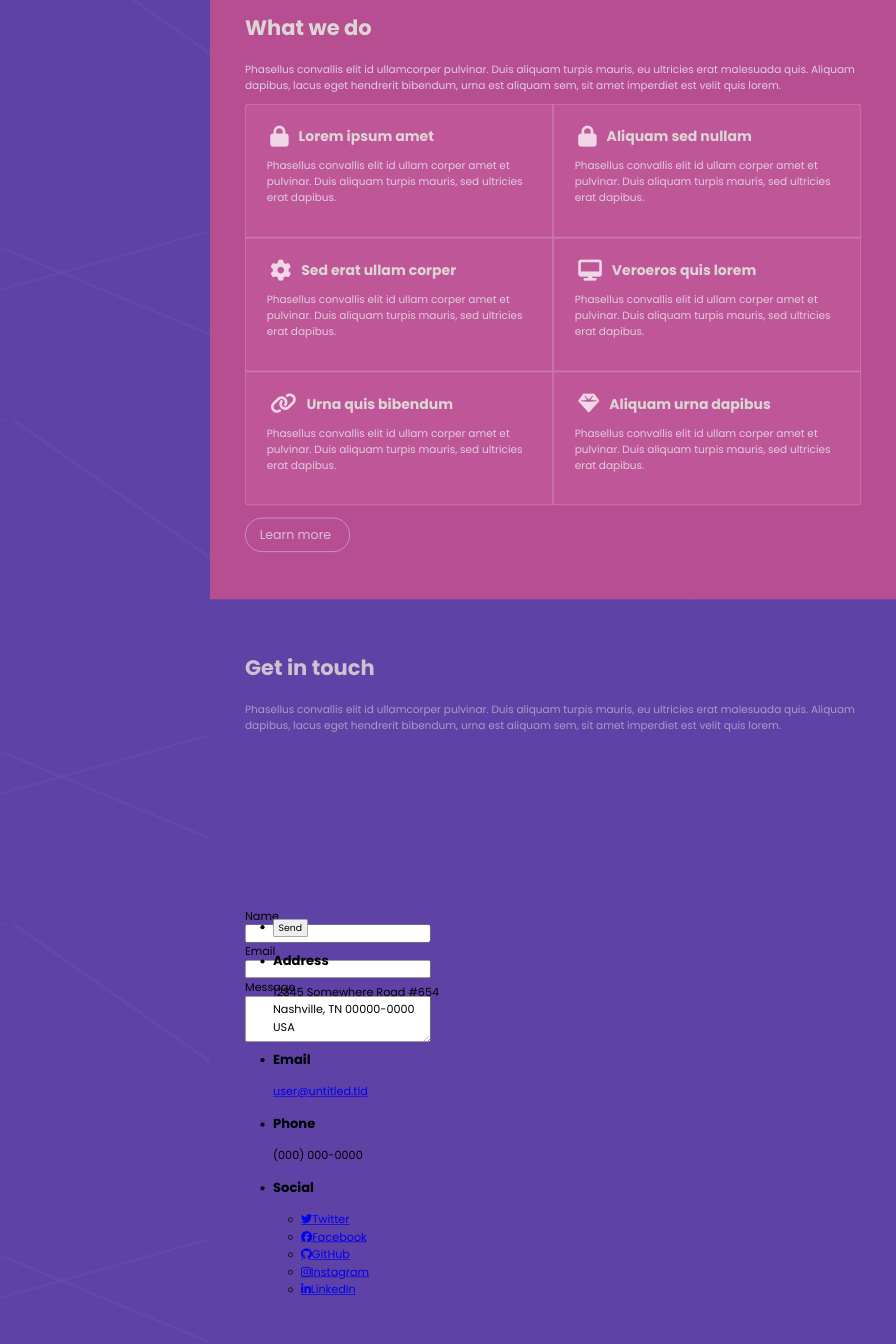
Repository: zai31/KIMIT_Tasks
Page: JsSession8/index.html
The author's editor kept a copy of each file at every save. The page is drawn from the files as they stood at one save, then again after the next save.
The browser window is 1280 px wide. The pictures show the part of the page from y = 1562 to 3482 px (the page is 3482 px tall before and 3281 px after), at 70% of full size.
Backgrounds fixed to the window are drawn as part of the page.

Above is the page before, as saved 2025-09-15 22:23:11.

### JsSession8/index.html
<!DOCTYPE html>
<html lang="en">
<head>
    <meta charset="UTF-8">
    <meta name="viewport" content="width=device-width, initial-scale=1.0">
    <link rel="stylesheet" href="./css/style.css">
	<link href="https://cdnjs.cloudflare.com/ajax/libs/font-awesome/6.5.2/css/all.min.css" rel="stylesheet">

    <title>Responsive</title>
</head>

<body>
    <section  class="flex-section">
        <div class="menu">
        <ul>
            <li><a href="#">welcome</a></li>
            <li><a href="#">who are we</a></li>
            <li><a href="#">what we do</a></li>
            <li><a href="#">get in touch</a></li>
        </ul>
</div>
<div class="section">
    <div class="content">
      <div class="intro">
							<h1>Hyperspace</h1>
							<p>Just another fine responsive site template designed by <a href="https://html5up.net">HTML5 UP</a><br>
							and released for free under the <a href="https://html5up.net/license">Creative Commons</a>.</p>
							<button>Learn more</button>

						</div>
    <div class="overview">
        <div class="s" style="background-color: rgb(83, 83, 228);">
           <img src="./images/1.jpg" alt="">

							<div ><h1>Hyperspace</h1>
                                <p>Just another fine responsive site template designed by
							and released for free under the.</p>
							<button>Learn more</button></div>
        </div>
        <div class="s" style="background-color: rgb(69, 69, 226);">
            <img src="./images/2.jpg" alt="">
							<div >
                                           	<h1>Hyperspace</h1>
<p>Just another fine responsive site template designed by
							and released for free under the.</p>
							<button>Learn more</button></div>
        </div>
        <div class="s" style="background-color: rgb(54, 54, 213);">
            <img src="./images/3.jpg" alt="">
							<div >
                                           	<h1>Hyperspace</h1>
<p>Just another fine responsive site template designed by
							and released for free under the.</p>
							<button>Learn more</button></div>
        </div>
    <div class="what">
							<h2 style="font-size: 30px;">What we do</h2>
							<p>Phasellus convallis elit id ullamcorper pulvinar. Duis aliquam turpis mauris, eu ultricies erat malesuada quis. Aliquam dapibus, lacus eget hendrerit bibendum, urna est aliquam sem, sit amet imperdiet est velit quis lorem.</p>
							<div class="features">
								<section style="border-radius:5px 0px 0px 0 ;">
									<span style="color: rgba(255, 255, 255, 0.759); font-size: 30px;" class="fa-solid fa-lock"></span>
									<h3 >Lorem ipsum amet</h3>
									<p>Phasellus convallis elit id ullam corper amet et pulvinar. Duis aliquam turpis mauris, sed ultricies erat dapibus.</p>
								</section>
								<section style="border-radius:0 5px 0px 0 ;">
									<span style="color: rgba(255, 255, 255, 0.759); font-size: 30px;" class="fa-solid fa-lock"></span>
									<h3>Aliquam sed nullam</h3>
									<p>Phasellus convallis elit id ullam corper amet et pulvinar. Duis aliquam turpis mauris, sed ultricies erat dapibus.</p>
								</section>
								<section>
									<span style="color: rgba(255, 255, 255, 0.759); font-size: 30px;" class="fa-solid  fa-cog"></span>
									<h3>Sed erat ullam corper</h3>
									<p>Phasellus convallis elit id ullam corper amet et pulvinar. Duis aliquam turpis mauris, sed ultricies erat dapibus.</p>
								</section>
								<section>
									<span style="color: rgba(255, 255, 255, 0.759); font-size: 30px;" class="fa-solid fa-desktop"></span>
									<h3>Veroeros quis lorem</h3>
									<p>Phasellus convallis elit id ullam corper amet et pulvinar. Duis aliquam turpis mauris, sed ultricies erat dapibus.</p>
								</section>
								<section style="border-radius:0 0px 0px 5px  ;">
									<span class="fa-solid fa-link" style="color: rgba(255, 255, 255, 0.759); font-size: 30px;"></span>
									<h3>Urna quis bibendum</h3>
									<p>Phasellus convallis elit id ullam corper amet et pulvinar. Duis aliquam turpis mauris, sed ultricies erat dapibus.</p>
								</section>
								<section style="border-radius:0 0px 5px 0 ;">
									<span class="fa-solid fa-gem" style="color: rgba(255, 255, 255, 0.759); font-size: 30px;" ></span>
									<h3>Aliquam urna dapibus</h3>
									<p>Phasellus convallis elit id ullam corper amet et pulvinar. Duis aliquam turpis mauris, sed ultricies erat dapibus.</p>
								</section>
							</div>
							<ul class="actions">
								<li style="list-style: none;"><a href="generic.html" class="button" style="text-decoration: none; color: thistle;">Learn more</a></li>
							</ul>

    </div>
                        </div>
	<div class="form">
		<h2 style="font-size: 30px;">Get in touch</h2>
							<p>Phasellus convallis elit id ullamcorper pulvinar. Duis aliquam turpis mauris, eu ultricies erat malesuada quis. Aliquam dapibus, lacus eget hendrerit bibendum, urna est aliquam sem, sit amet imperdiet est velit quis lorem.</p>
							<div class="formS"><form action="">
								<div class="fields">

								</div><div class="row">

									<div class="field">
										<label for="name">Name</label>
										<input type="text" name="name" id="name" />
									</div>
									<div class="field">
										<label for="email">Email</label>
										<input type="email" name="email" id="email" />
									</div></div>
									<div class="field">
										<label for="message">Message</label>
										<textarea name="message" id="message" rows="3"></textarea>
									</div>
								</div>
								<ul class="actions">
									<li><input type="submit" value="Send" /></li>
								</ul>
							</form>
							<div class="line"></div>
							<section>
								<ul class="contact">
										<li>
											<h3>Address</h3>
											<span>12345 Somewhere Road #654<br>
											Nashville, TN 00000-0000<br>
											USA</span>
										</li>
										<li>
											<h3>Email</h3>
											<a href="#">user@untitled.tld</a>
										</li>
										<li>
											<h3>Phone</h3>
											<span>(000) 000-0000</span>
										</li>
										<li>
											<h3>Social</h3>
											<ul class="icons">
												<li><a href="#" class="fa-brands fa-twitter"><span class="label">Twitter</span></a></li>
												<li><a href="#" class="fa-brands fa-facebook"><span class="label">Facebook</span></a></li>
												<li><a href="#" class="fa-brands fa-github"><span class="label">GitHub</span></a></li>
												<li><a href="#" class="fa-brands fa-instagram"><span class="label">Instagram</span></a></li>
												<li><a href="#" class="fa-brands fa-linkedin-in"><span class="label">LinkedIn</span></a></li>
											</ul>
										</li>
									</ul>
							</section>
							</div>
	</div>
                        </div>
                    </section>
</body>
</html>

### JsSession8/CSS/style.css
@import url("https://fonts.googleapis.com/css2?family=Poppins:ital,wght@0,100;0,200;0,300;0,400;0,500;0,600;0,700;0,800;0,900;1,100;1,200;1,300;1,400;1,500;1,600;1,700;1,800;1,900&display=swap");

* {
    box-sizing: border-box;
    font-family: "Poppins", sans-serif;
}

:root {
    --sidebar-color: #312450;
    --primary-color: #5e42a6;
    --secondary-color: #b74e91;
    --section-bg-color: #c7b2dc;
    --dark-color: #000000;
    --navbar-bg-color: #273053;
    --p-color: #717275;
    --highlight-icon-color: #ff0100;
    --main-transition: 0.5s all ease-in-out;
}


html,
body {
    height: 100%;
    margin: 0;
    padding: 0;
}

.flex-section {
    display: flex;
    flex-direction: row;

}

/*side bar*/
.flex-section .menu {
    min-height: 100vh;
    /* ensures sidebar spans at least the full screen */
    height: auto;
    /* lets it grow with content */
    width: 300px;
    top: 0;
    left: 0;
    position: fixed;
    background-color: var(--sidebar-color);
    padding: 145px 30px;
    box-shadow: 0 0 10px rgba(0, 0, 0, 0.1);
}

.flex-section .menu ul {
    list-style: none;
    padding: 0;
    margin: 0;
    text-align: right;
}

.flex-section .menu ul li {
    margin-bottom: 10px;
    font-size: 20px;
    position: relative;
    /* needed for ::after positioning */
    padding-bottom: 10px;
}

.flex-section .menu ul li a {
    text-decoration: none;
    color: #8b82a1;

}

.flex-section .menu ul li::after {
    content: "";
    position: absolute;
    left: 0;
    bottom: 0;
    width: 100%;
    /* stick to the bottom */
    height: 2px;
    background-color: #8b82a1;
    /* thickness of underline */
    transition: width 0.3s ease;
}

/*use js*/
.flex-section .menu ul li a:hover::after {
    width: 100%;
    /* expand underline on hover */
}


.flex-section .menu ul li a:hover {
    color: #b5b8bf;
}

.flex-section .menu ul li a:active {
    color: #5e42a6;
}

.flex-section .menu ul li a:active::after {
    background: linear-gradient(to right, #4b0082, #8b00ff, #981196);
}






/*content first section */
.flex-section .section {
    flex: 1;
    background-color: var(--section-bg-color);
    background-attachment: fixed;
    background-image: url("../assets/css/images/Screenshot\ 2025-09-15\ 075920.png");
    background-position: top right;
    background-repeat: no-repeat;
    background-size: 100% 100%;
    padding-left: 300px;
}

.flex-section .section .content {
    display: flex;
    flex-direction: column;
    width: 100%;
}

.flex-section .section .content .intro {
    padding: 100px;
    width: 100%;
    height: 100vh;
}

.flex-section .section .content .intro h1 {
    color: rgb(221, 213, 213);
    font-size: 50px;
}

.flex-section .section .content .intro p,
.flex-section .section .content .intro a {
    color: var(--section-bg-color);
    font-size: 20px;
}

.flex-section .section .content .intro a:hover {
    color: #fefefe;
    text-decoration: none;
}

.flex-section .section .content .intro button {
    color: var(--section-bg-color);
    background-color: transparent;
    border: 1px solid var(--section-bg-color);
    padding: 10px 20px;
    border-radius: 25px;
    cursor: pointer;
    text-decoration: none;
    font-size: 18px;
}

.flex-section .section .content .intro button:hover {
    background-color: #6f54b6;
}




/*content second section */

.flex-section .section .content .overview .s {
    display: flex;
    flex-direction: row;
    align-items: center;
    gap: 30px;
}

.flex-section .section .content .overview .s h1 {
    color: rgb(221, 213, 213);
    font-size: 30px;
}

.flex-section .section .content .overview .s p {
    color: var(--section-bg-color);
    font-size: 20px;
}

.flex-section .section .content .overview .s button {
    color: var(--section-bg-color);
    background-color: transparent;
    border: 1px solid var(--section-bg-color);
    padding: 10px 20px;
    border-radius: 25px;
    cursor: pointer;
    text-decoration: none;
    font-size: 18px;
}

.flex-section .section .content .overview .s button:hover {
    background-color: rgb(77, 77, 246);
}

.flex-section .section .content .overview .s img {
    width: 40%;
}

/*what section*/

.flex-section .section .content .what {
    padding: 50px;
    width: 100%;
    background-color: var(--secondary-color);
}

.flex-section .section .content .what h3,
.flex-section .section .content .what h2 {
    color: rgb(221, 213, 213);
    font-size: 20px;
}
.flex-section .section .content .what p {
    color: #e0cee1;
    font-size: 15px;
}

.flex-section .section .content .what .features{
    display: flex;
    flex-direction: row;
    flex-wrap: wrap;
    background-color: #be5698;


}
.flex-section .section .content .what .features section {
 flex: 1 1 50%;     /* grow/shrink, ~half width with gap */
 border: 0.5px solid rgba(255, 255, 255, 0.248);
 box-sizing: border-box;
 padding: 30px;

}
.flex-section .section .content .what .actions {
   color: var(--section-bg-color);
    background-color: transparent;
    border: 1px solid var(--section-bg-color);
    padding: 10px 20px;
    border-radius: 25px;
    cursor: pointer;
    text-decoration: none;
    font-size: 18px;
    width: 150px;
}

 .what .actions:hover {
    background-color: rgb(212, 107, 177);
}
.features section span,
.features section h3 {
  display: inline-block;
  vertical-align: middle;
  margin: 0 5px;
}

/*form*/

.form {
    padding: 50px;
    width: 100%;
    background-color: var(--primary-color);

}
.form .formS
{
   display: flex;
   flex-direction: row;
   gap: 70px;
}
.form h2 {
    color: rgba(221, 213, 213, 0.873);
    font-size: 30px;
}
.form p {
    color: #e0cee19d;
    font-size: 15px;
}
 .fields {
    display: flex;
    flex-direction: row;
    gap: 30px;
    flex-wrap: wrap;
    padding: 20px;
    width: 100%;
    border-radius: 10px;
    height: 100%;
}

.field {
  display: flex;
  flex-direction: column;
  flex: 1; /* make name and email share equal width */
}
.contact-info {
  flex: 1; /* right side column */
  color: #e0cee19d;
}
.form .fields .field {
    display: flex;
    flex-direction: column;
    gap: 30px;
    flex-wrap: wrap;
    padding: 20px;
    width: 100%;
    border-radius: 10px;

}
.form .fields .row {
    display: flex;
    flex-direction: row;
    gap: 30px;
    flex-wrap: wrap;
    padding: 20px;
    width: 100%;
    border-radius: 10px;
}

After the next save:
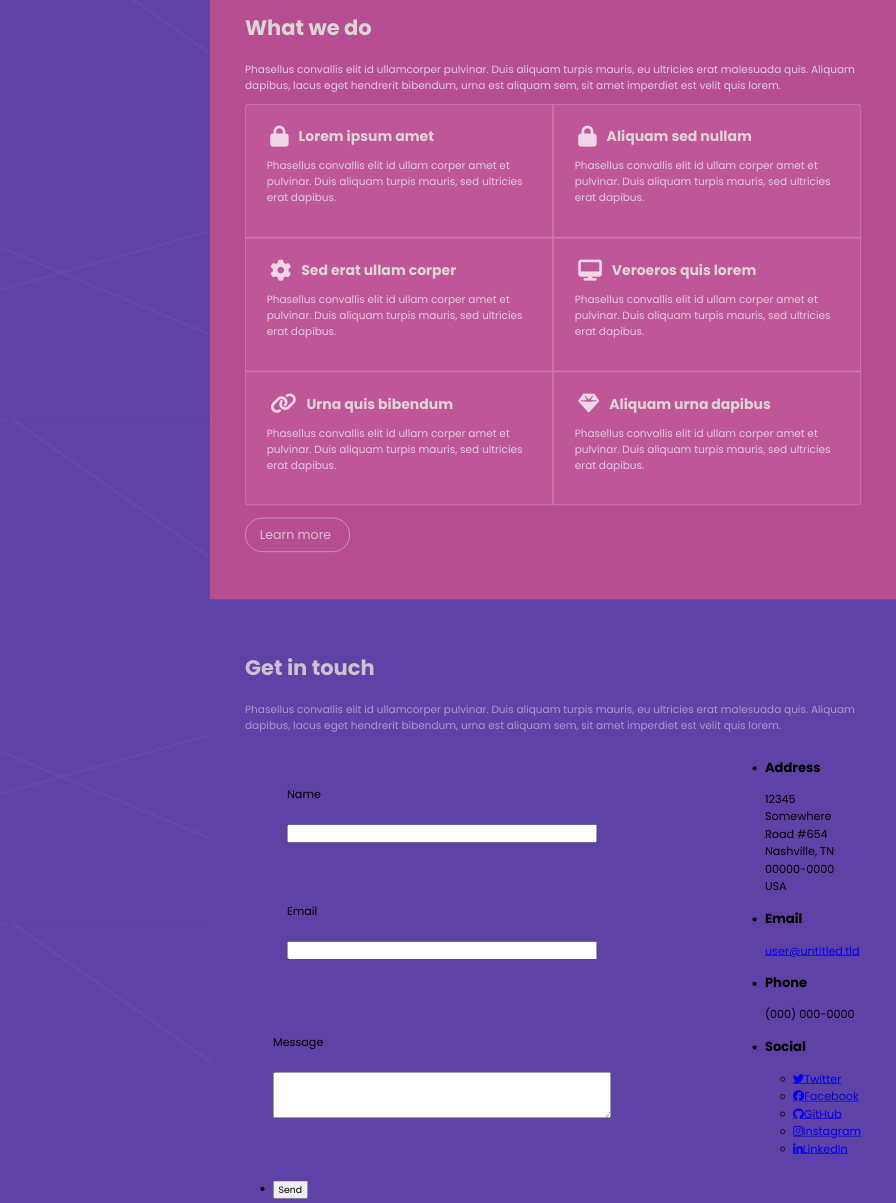
Saved 27 s later.
--- a/JsSession8/index.html
+++ b/JsSession8/index.html
@@ -100,7 +100,7 @@
 							<div class="formS"><form action="">
 								<div class="fields">
 
-								</div><div class="row">
+								<div class="row">
 
 									<div class="field">
 										<label for="name">Name</label>
